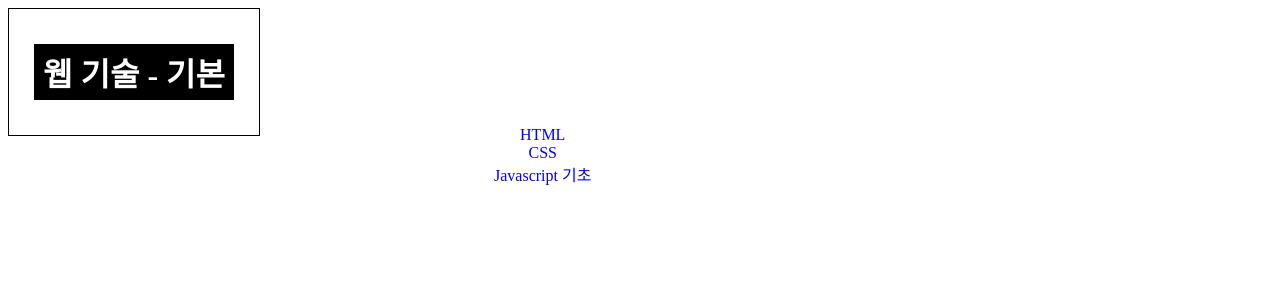
Repository: dudadab/Hhyundaiezwel_Academy
Page: CSS01/src/main/webapp/test1.html
These files come from the project's save history. The page is drawn as it stood at one moment and after the next save; the edit follows.
The browser window is 1280 px wide. The pictures show the whole page.

Above is the page before, as saved 2025-07-02 06:33:45.

### CSS01/src/main/webapp/test1.html
<!DOCTYPE html>
<html>
<head>
<meta charset="UTF-8">
<title>Insert title here</title>
	<style type="text/css">
		.box {
    		border:solid 1px #000;
    		padding:25px;
    		width:200px;
    		text-align:center;
    	}
    	.box h1 {
    		background-color:black;
    		color:white;
    		padding:5px;
    		margin:10px 0;

    	}
    	.box ul{
    		list-style-type:none;
    		display:inline;
			position:absolute;
			margin-left:25%;
    	}
    	.box li {
    		color:blue;
    	}


	</style>
</head>
<body>
	<div class="box">
		<h1>웹 기술 - 기본</h1>
		<ul>
			<li id="HTML">HTML</li>
			<li id="CSS">CSS</li>
			<li id="Javascript">Javascript 기초</li>
		</ul>
	</div>
</body>
</html>

After the next save:
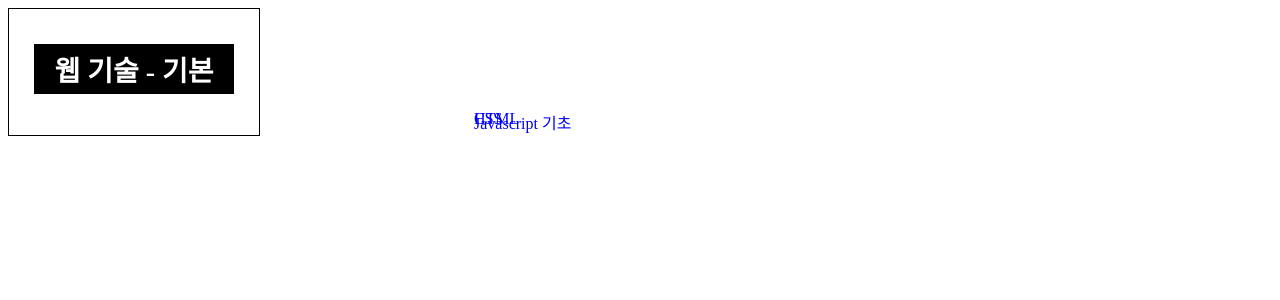
Saved 57 s later.
--- a/CSS01/src/main/webapp/test1.html
+++ b/CSS01/src/main/webapp/test1.html
@@ -13,18 +13,21 @@
     	.box h1 {
     		background-color:black;
     		color:white;
+    		font-size:28px;
     		padding:5px;
     		margin:10px 0;
+
 
     	}
     	.box ul{
     		list-style-type:none;
+    	}
+    	.box li {
+    		color:blue;
     		display:inline;
 			position:absolute;
 			margin-left:25%;
-    	}
-    	.box li {
-    		color:blue;
+
     	}
 
 
